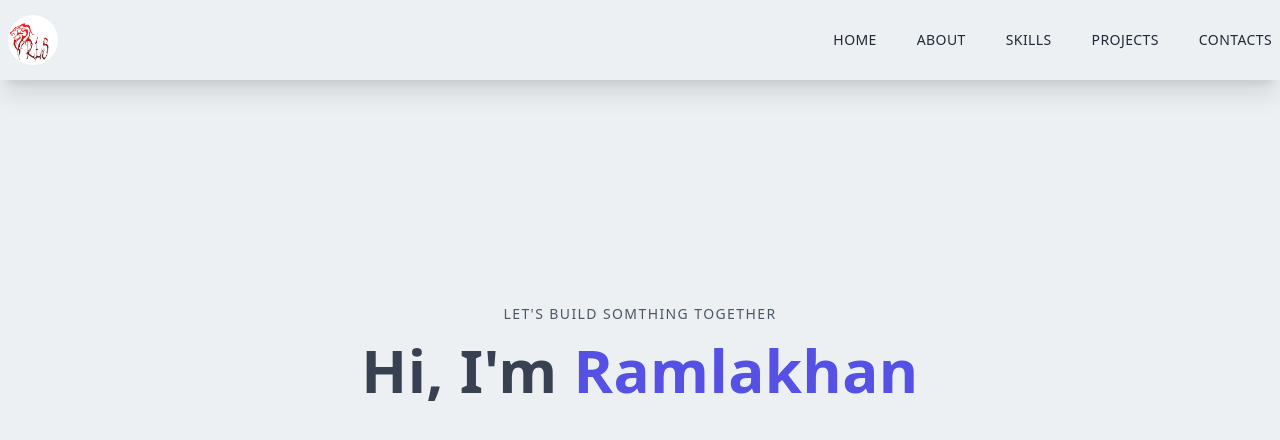
Repository: ram2642/portfolio-using-next-js
Page: /
The author's editor kept a copy of each file at every save. The page is drawn from the files as they stood at one save, then again after a run of saves.
The browser window is 1280 px wide. The pictures show the whole page.
The project was rebuilt for these pictures with package versions that can differ from the ones it lists, and the page was loaded fresh each time. The framework's server and built-in components were replaced by stand-ins that run in the browser. Also part of the build but not shown: next.config.js.

Above is the page before, as saved 2022-09-04 01:51:50.

### pages/index.js
// import { Main } from 'next/document'
import Head from 'next/head'
import Image from 'next/image'
import Main from '../components/Main'
import Navbar from '../components/Navbar'


export default function Home() {
  return (
    <div className="">
      <Head>
        <title>Ramlakhan | Front-End Developer</title>
        <meta name="description" content="Generated by create next app" />
        <link rel="icon" href="/favicon.ico" />
      </Head>
      <Navbar/>
      <Main/>

    </div>
  )
}

### styles/globals.css
@tailwind base;
@tailwind components;
@tailwind utilities;


@layer base {
  body {
    @apply bg-[#ecf0f3] text-[#1f2937] tracking-wide
  }
  h1, h2, h3, h4, h5, h6 {
    @apply font-bold;
  }
  h1 {
    @apply text-4xl sm:text-5xl md:text-6xl;
  }
  h2 {
    @apply text-3xl sm:text-4xl;
  }
  li {
    @apply cursor-pointer;
  }
  button {
    @apply shadow-xl shadow-gray-400 rounded-xl uppercase bg-gradient-to-r from-[#5651e5] to-[#709dff] text-white
  }
  }

### components/Main.jsx
import React from 'react'

const Main = () => {
  return (
    <div className='w-full h-screen text-center'>
   <div className='max-w-[1240px] w-full h-full mx-auto p-2 flex justify-center items-center'>
    <div>
      <p className='uppercase text-sm tracking-widest text-gray-600'>Let's build somthing together</p>
      <h1 className='py-4 text-gray-700'>
        Hi, I'm <span className='text-[#5651e5]'> Ramlakhan</span>
      </h1>
      <h1>

      </h1>
    </div>

   </div>
    </div>
  )
}

export default Main

### components/Navbar.jsx
import Image from "next/image";
import React, { useState } from "react";
import Link from "next/link";
import { AiOutlineClose, AiOutlineMenu, AiOutlineMail } from "react-icons/ai";
import { FaLinkedinIn, FaGithub } from "react-icons/fa";
import { BsFillPersonLinesFill } from "react-icons/bs";

const Navbar = () => {
  const [nav, setNav] = useState(false);

  const handleNav = () => {
    setNav(!nav);
  };
  return (
    <div className="fixed w-full h-20 shadow-xl z-[100]">
      <div className="flex justify-between items-center w-full h-full px-2 2xl:px-16">
        <Image
          className="rounded-full cursor-pointer"
          src="data:[embedded picture, 6010 characters]"
          alt=""
          width="50"
          height="50"
        />
        <div>
          <ul className="hidden md:flex">
            <Link href="/">
              <li className="ml-10 text-sm uppercase hover:border-b">Home</li>
            </Link>
            <Link href="/">
              <li className="ml-10 text-sm uppercase hover:border-b">About</li>
            </Link>
            <Link href="/">
              <li className="ml-10 text-sm uppercase hover:border-b">Skills</li>
            </Link>
            <Link href="/">
              <li className="ml-10 text-sm uppercase hover:border-b">
                Projects
              </li>
            </Link>
            <Link href="/">
              <li className="ml-10 text-sm uppercase hover:border-b">
                Contacts
              </li>
            </Link>
          </ul>
          <div onClick={handleNav} className="md:hidden cursor-pointer">
            <AiOutlineMenu size={25} />
          </div>
        </div>
      </div>
      <div className={nav ? 'md:hidden fixed left-0 top-0 w-full h-screen bg-black/70' : ''}>
        <div className={nav ? "fixed left-0 top-0 w-[75%] sm:w-[60%] md:w-[45%] h-screen bg-[#ecf0f3] p-10 ease-in duration-500" : "fixed left-[-100%] top-0  p-10 ease-in duration-500"}>
          <div>
            <div className="flex w-full items-center justify-between">
              <Image
                className="rounded-full cursor-pointer"
                src="data:[embedded picture, 6010 characters]"
                alt=""
                width="50"
                height="50"
              />
              <div onClick={handleNav} className="rounded-full shadow-lg shadow-gray-400 p-3 cursor-pointer">
                <AiOutlineClose />
              </div>
            </div>
            <div className="border-b border-gray-300 my-4">
              <p className="w-[85%] md:w-[905] PY-4">
                Let's builds something legendary together
              </p>
            </div>
          </div>
          <div className="py-4 flex flex-col">
            <ul className="uppercase">
              <Link href="/">
                <li className="py-4 text-sm">Home</li>
              </Link>
              <Link href="/">
                <li className="py-4 text-sm">About</li>
              </Link>
              <Link href="/">
                <li className="py-4 text-sm">Skills</li>
              </Link>
              <Link href="/">
                <li className="py-4 text-sm">Projects</li>
              </Link>
              <Link href="/">
                <li className="py-4 text-sm">Contacts</li>
              </Link>
            </ul>
            <div className="pt-40">
              <p className="uppercase tracking-widest text-[#5651e5]">
                Let's Connect
              </p>
              <div className="flex items-center justify-between my-4 w-full sm:w-[80%]">
                <div className="rounded-full shadow-lg shadow-gray-400 p-3 cursor-pointer hover:scale-105 ease-in duration-300">
                  <FaLinkedinIn />
                </div>
                <div className="rounded-full shadow-lg shadow-gray-400 p-3 cursor-pointer hover:scale-105 ease-in duration-300">
                  <FaGithub />
                </div>
                <div className="rounded-full shadow-lg shadow-gray-400 p-3 cursor-pointer hover:scale-105 ease-in duration-300">
                  <AiOutlineMail />
                </div>
                <div className="rounded-full shadow-lg shadow-gray-400 p-3 cursor-pointer hover:scale-105 ease-in duration-300">
                  <BsFillPersonLinesFill />
                </div>
              </div>
            </div>
          </div>
        </div>
      </div>
    </div>
  );
};

export default Navbar;

Loaded but not shown: pages/_app.js (common file); tailwind.config.js (common file)

After the next 2 saves:
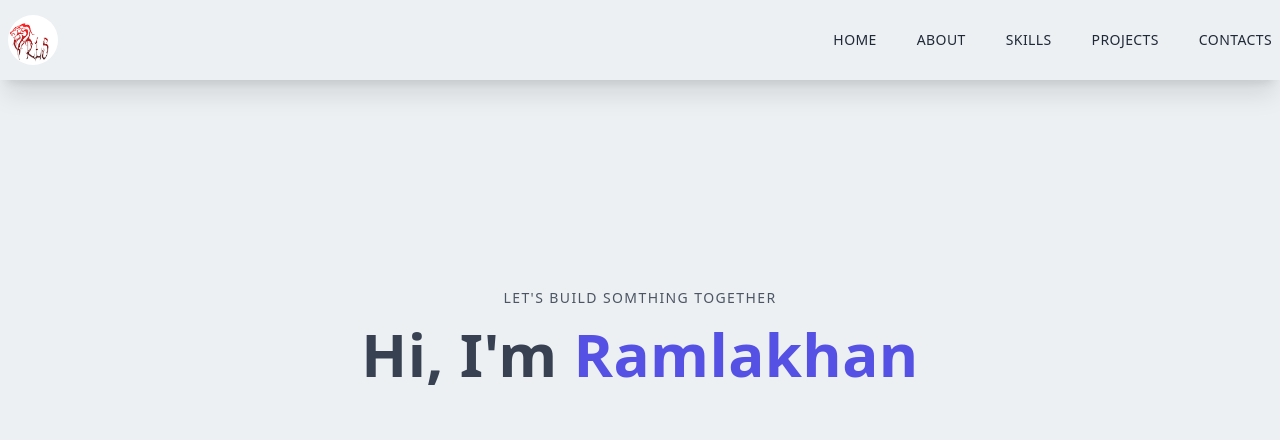
The 2 saves are shown as one change because they came seconds apart.
The last was saved 6 s later.
--- a/components/Main.jsx
+++ b/components/Main.jsx
@@ -9,7 +9,7 @@ const Main = () => {
       <h1 className='py-4 text-gray-700'>
         Hi, I'm <span className='text-[#5651e5]'> Ramlakhan</span>
       </h1>
-      <h1>
+      <h1 className='py-4 text-gray-700'>
 
       </h1>
     </div>
